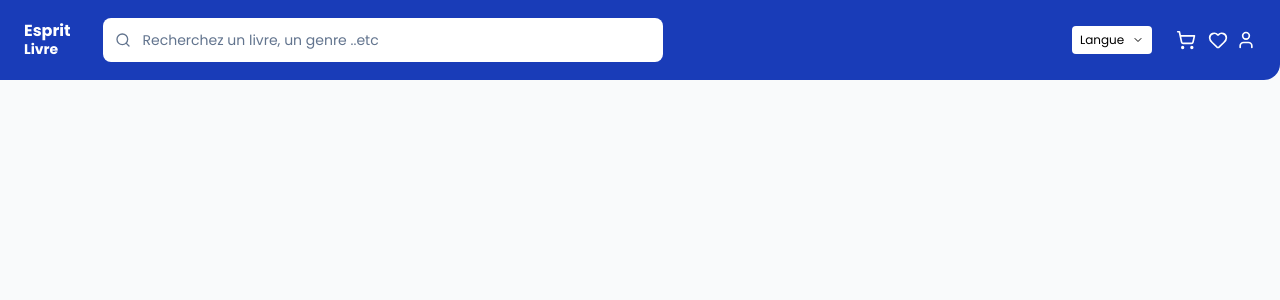
Repository: oussamabenberkane/esprit-livre-front
Page: /
These files come from the project's save history. The page is drawn as it stood at one moment and after the next save; the edit follows.
The browser window is 1280 px wide. The pictures show the whole page.
The project was rebuilt for these pictures with package versions that can differ from the ones it lists, and the page was loaded fresh each time. Also part of the build but not shown: vite.config.js.

Above is the page before, as saved 2025-09-25 18:51:38.

After the next save:
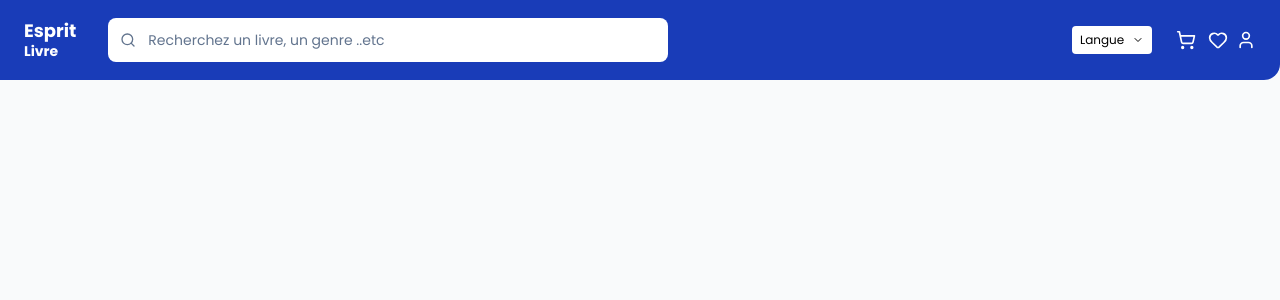
Saved 13 s later.
--- a/src/components/common/navbar.jsx
+++ b/src/components/common/navbar.jsx
@@ -3,7 +3,7 @@ import { Search, ChevronDown, ShoppingCart, Heart, User } from 'lucide-react';
 // Logo Component
 const Logo = () => (
     <div className="flex flex-col text-white">
-        <div className="text-md font-bold leading-tight">Esprit</div>
+        <div className="text-lg font-bold leading-tight">Esprit</div>
         <div className="text-sm font-bold leading-tight">Livre</div>
     </div>
 );
